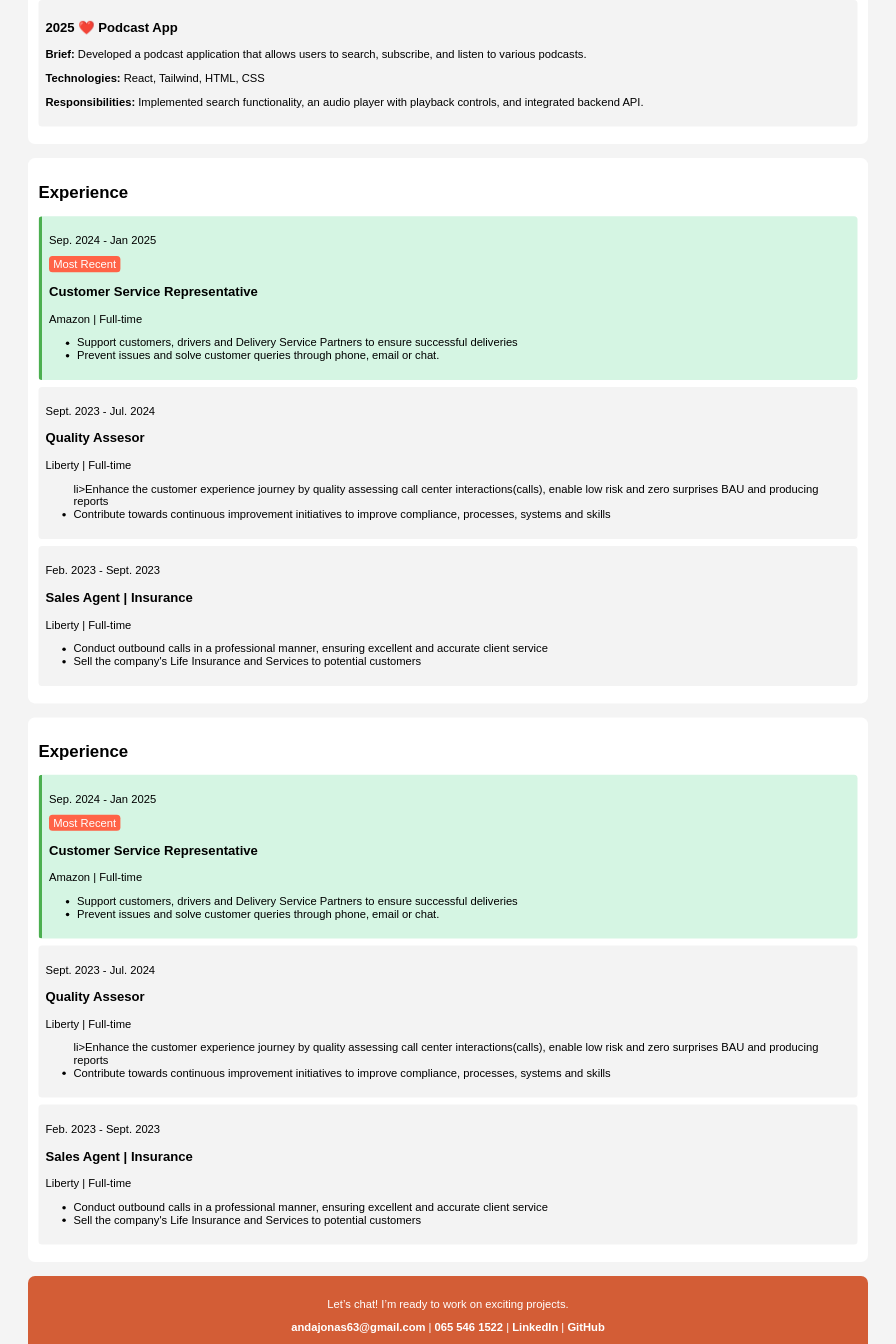
Repository: andajonas/ANDJON25111_fto2502_A2_AndaJonas_SDF_Portfolio_Piece
Page: index.html
An editor plug-in stored every save of this project. The page is shown before and after a run of saves, followed by the edit.
The browser window is 1280 px wide. The pictures show the part of the page from y = 1227 to 3147 px (the page is 3164 px tall before and 3116 px after), at 70% of full size.
A picture or video elsewhere on the page could not be fetched, so the positions and the page height are approximate.

Above is the page before, as saved 2025-04-03 17:54:37.

After the next 2 saves:
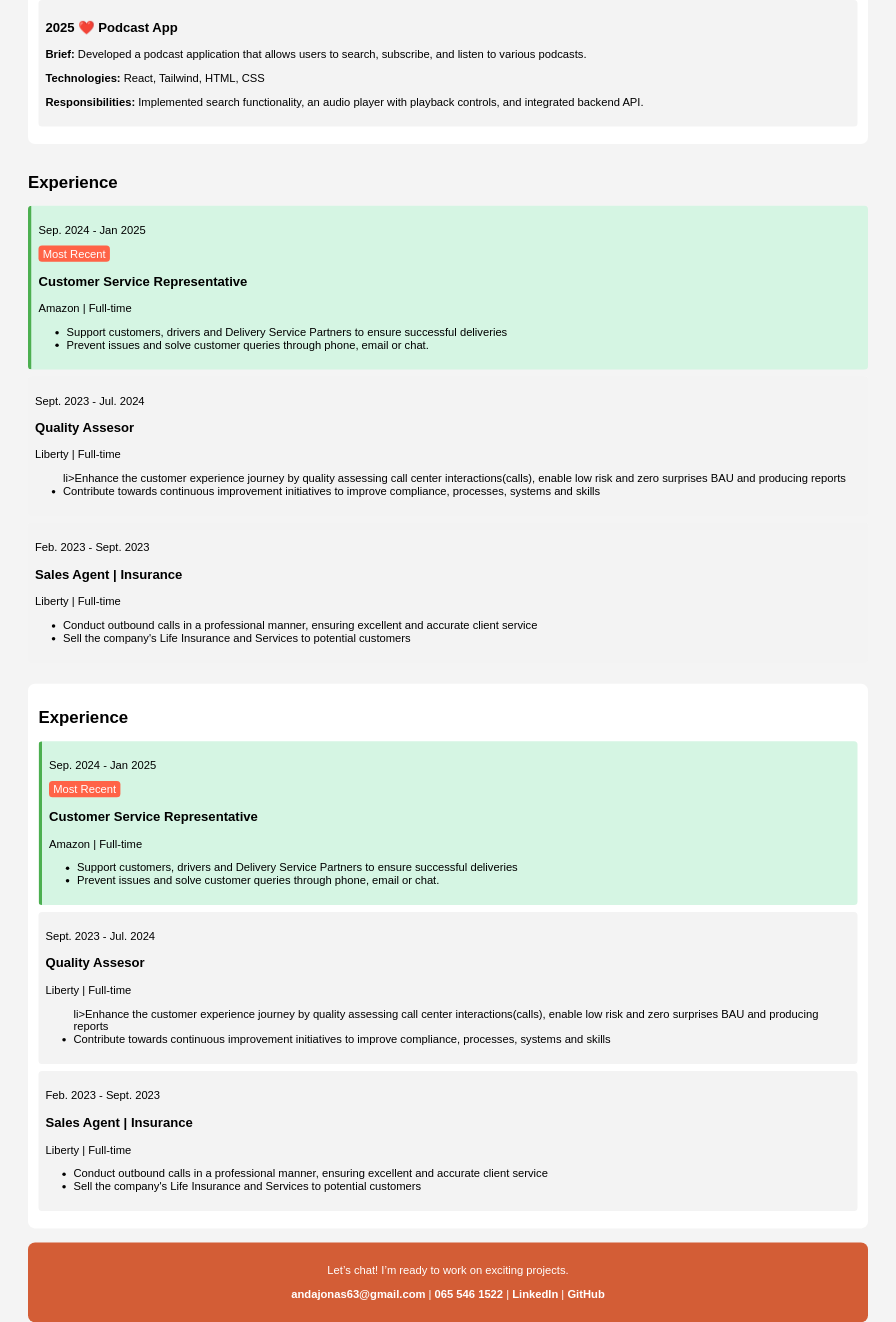
The 2 saves are shown as one change because they came seconds apart.
The last was saved 7 s later.
--- a/index.html
+++ b/index.html
@@ -78,7 +78,7 @@
     </section>
 
     <!-- Education Section -->
-    <section class="experience">
+    <section class="education">
         <h2>Experience</h2>
         <div class="experience-card green">
             <div class="exp-header">
